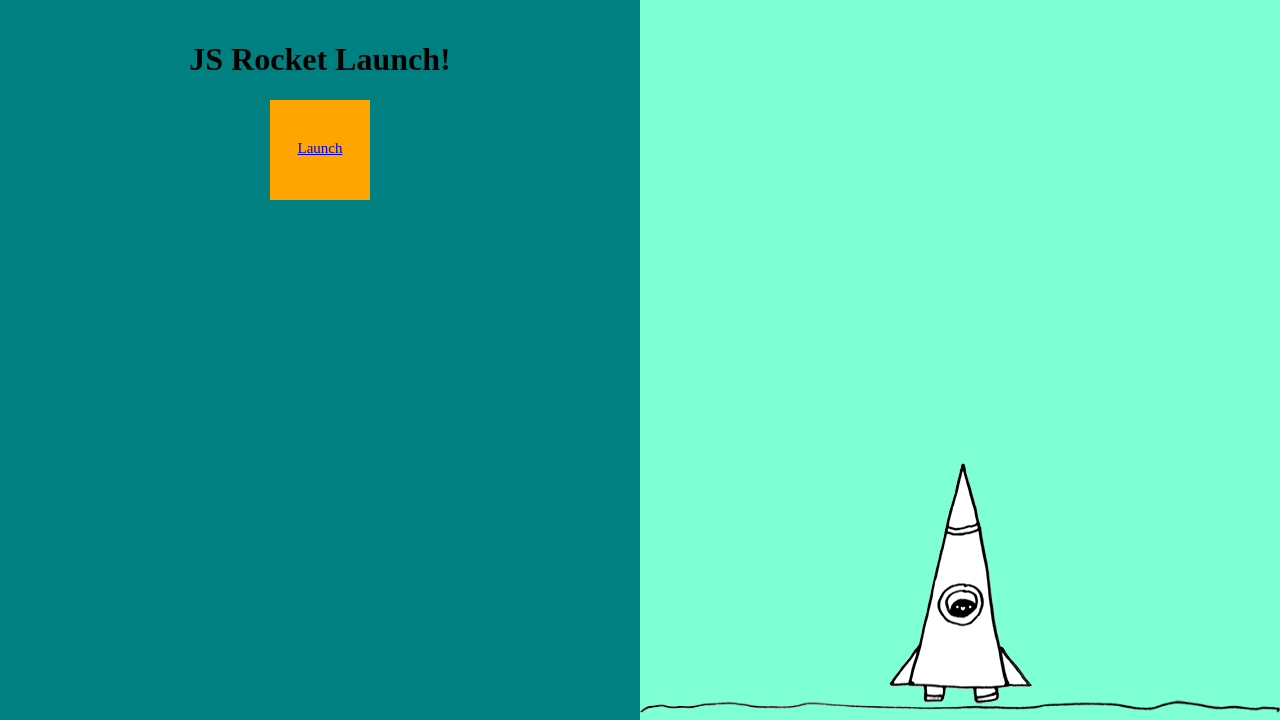
Repository: alcarrizo/Rocket-launch
Page: index.html
The author's editor kept a copy of each file at every save. The page is drawn from the files as they stood at one save, then again after the next save.
The browser window is 1280 px wide. The pictures show the whole page.

Above is the page before, as saved 2022-10-20 22:56:12.

### index.html
<!DOCTYPE html>
<html lang="en">
<head>
    <meta charset="UTF-8">
    <meta http-equiv="X-UA-Compatible" content="IE=edge">
    <meta name="viewport" content="width=device-width, initial-scale=1.0">
    <title>Rocket Launch sequence</title>
    <script type="text/javascript" src="js/script.js"> </script>
    <link rel="stylesheet" href="css/style.css">
</head>
<body class="body-state1" id="body">
    <div class="left">
        <div class="interface state1">
            <h1>JS Rocket Launch!</h1>
            <a href="#" class="button" onclick="changeState(2);">Launch</a>
        </div>
        <div class="interface  state2">
            <h1 class="countdown" id="countdown">10</h1>
            <a href="#" onclick="changeState(1);">Abort</a>
        </div>
        <div class="interface state3">
            <h1>Lift Off!</h1>
        </div>
        <div class="interface state4">
            <h1>Well done!</h1>
            <a href="#" class="button" onclick="changeState(1);">Do it again</a>
        </div>
        <div class="interface state5">
            <h1>Oh No!!!!</h1>
            <a href="#" class="button" onclick="changeState(1);">Try Again!</a>
        </div>
    </div>

    <div class="right">
        <div class="rocket" id="rocket"></div>
        <div class="ground"></div>
        <div class="nervous" id="nervous"></div>
        <div class="cant-wait" id="cant-wait"></div>
    </div>
</body>
</html>

### js/script.js
/*var countDown = function (i) {
    console.log(i)
    setTimeout(function () {
        i--
        document.getElementById("countdown").innerHTML = i;
        if (document.getElementById('body').className != 'body-state1') {
            if (i > 0) {
                countDown(i)
            }
            else {
                changeState(3)
            }
        }

    }, 1000)
}*/
var timer = null;
var CountDownNum = 10;
var changeState = function (state) {
    document.body.className = 'body-state' + state;
    clearInterval(timer);
    if (state == 1) {
        document.getElementById('nervous').className = 'nervous';
        document.getElementById('cant-wait').className = 'cant-wait';
    }
    if (state != 2 && document.getElementById('countdown').innerHTML != 10) {
        CountDownNum = 10;
        document.getElementById('countdown').innerHTML = CountDownNum;
    }
    if (state == 2) {
        timer = setInterval(() => {
            CountDownNum -= 1;
            document.getElementById('countdown').innerHTML = CountDownNum;
            if (CountDownNum > 4 && CountDownNum <= 7) {
                document.getElementById('nervous').className = 'nervous show';
            }
            else {
                document.getElementById('nervous').className = 'nervous';
            }
            if (CountDownNum > 1 && CountDownNum <= 4) {
                document.getElementById('cant-wait').className = 'cant-wait show';
            }
            else {
                document.getElementById('cant-wait').className = 'cant-wait';
            }
            if (CountDownNum <= 0) {
                changeState(3);

            };
        }, 200);
    }
    else if (state == 3) {
        var success = setTimeout(() => {
            var randomNum = Math.round(Math.random() * 10)
            //success
            console.log('random number: ' + randomNum)
            if (randomNum > 5) {
                changeState(4)
            }
            else {
                //fail
                changeState(5)
            }

        }, 2000);
    }
    // if (state == 1) {
    //     document.body.className = 'body-state1'
    // }
    // else if (state == 2) {
    //     document.body.className = 'body-state2'
    //     countDown(10)
    //     // for (let i = 10; i >= 0; i--) {
    //     //     setTimeout()
    //     //     document.getElementById("countdown").innerHTML = i;
    //     // }
    // }
    // else if (state == 3) {
    //     document.body.className = 'body-state3'
    //     document.getElementById('rocket').className = 'rocket flying';
    // }
    // else if (state == 4) {
    //     document.body.className = 'body-state4'
    // }
    // else {
    //     document.body.className = 'body-state5'
    // }
    // for (let i = 10; i >= 0; i--) {
    //     bdy.content = i;
    // }
    //document.getElementById('rocket').className = 'rocket flying';
}

### css/style.css
body {
    position: relative;
}

.left {
    position: fixed;
    box-sizing: border-box;
    width: 50%;
    height: 100%;
    top: 0;
    left: 0;
    background-color: teal;
}

.right {
    position: fixed;
    box-sizing: border-box;
    width: 50%;
    height: 100%;
    top: 0;
    right: 0;
    background-color: aquamarine;
}

.rocket {
    position: absolute;
    left: 50%;
    bottom: -15px;
    width: 143px;
    height: 272px;
    background: url("../img/rocket-state1.png") no-repeat 0 0;
    background-size: 100%;
    transition: bottom 10s;
    margin-left: -71.5px;

}

.body-state1 .rocket {
    transition: none;

}


.body-state2 .rocket {

    background-image: url("../img/rocket-state2.gif");
}

.body-state3 .rocket,
.body-state4 .rocket {
    bottom: 1000px;
    background-image: url("../img/rocket-state3.gif");
}

.body-state5 .rocket {
    width: 209px;
    height: 200px;
    background: url("../img/boom.png") no-repeat 0 0;
    background-size: 100%;
}

.ground {
    position: absolute;
    bottom: 0;
    left: 0;
    background: url("../img/ground.png") no-repeat center 0;
    background-size: 100%;
    width: 100%;
    height: 20px;

}

.nervous {
    position: absolute;
    bottom: 220px;
    left: 50%;
    margin-left: -180px;
    background: url('../img/nervous.png') no-repeat 0 0;
    background-size: 100%;
    width: 223px;
    height: 100px;
}

.cant-wait {
    position: absolute;
    bottom: 220px;
    left: 50%;
    background: url('../img/cant-wait.png') no-repeat 0 0;
    background-size: 100%;
    width: 206px;
    height: 65px;
    transition: display 1s;
}

a {}

a.button {
    display: inline-block;
    box-sizing: border-box;
    text-align: center;
    padding-top: 40px;
    height: 100px;
    width: 100px;
    font-size: 15px;
    background-color: orange;
    margin: 0 auto;

}

.state1,
.state2,
.state3,
.state4,
.state5,
.cant-wait,
.nervous {
    display: none;
}

.cant-wait.show,
.nervous.show {
    display: block;
}

.interface {
    text-align: center;
    padding: 20px;
}

body.body-state1 .state1 {
    display: block;
}

body.body-state2 .state2 {
    display: block;
}

body.body-state3 .state3 {
    display: block;
}

body.body-state4 .state4 {
    display: block;
}

body.body-state5 .state5 {
    display: block;
}

After the next save:
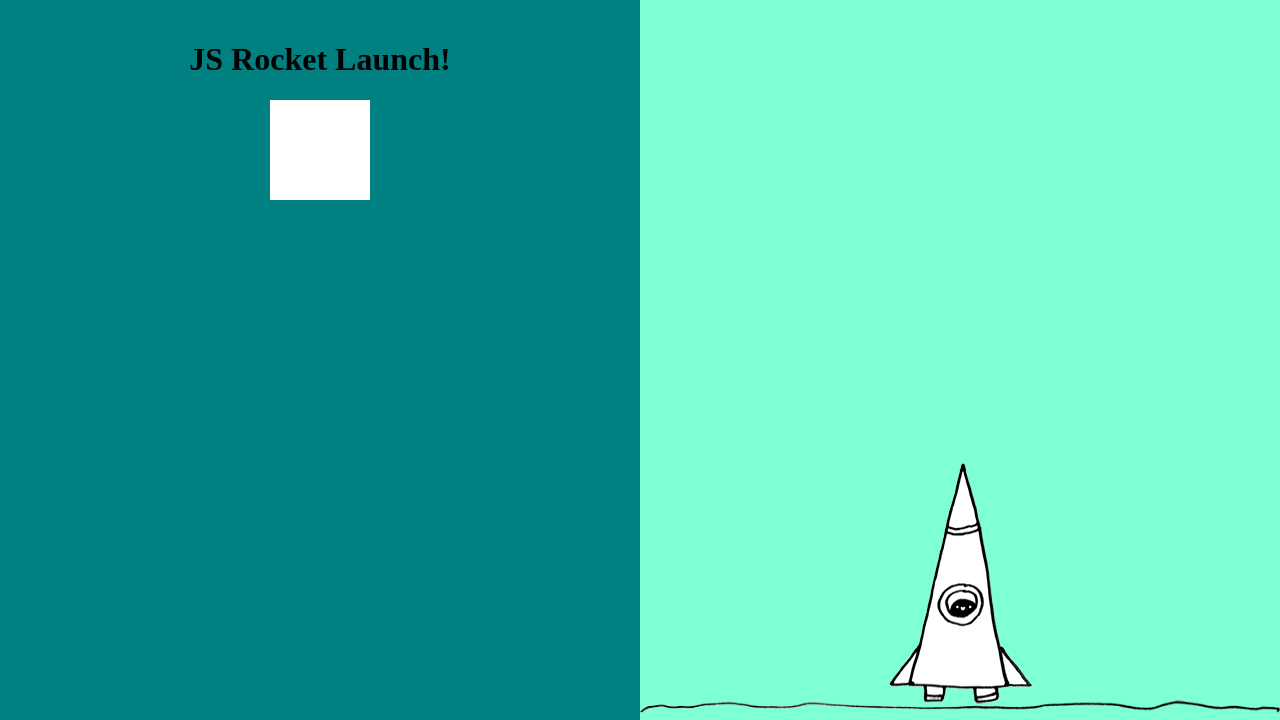
Saved 33 s later.
--- a/css/style.css
+++ b/css/style.css
@@ -96,13 +96,16 @@ a {}
 
 a.button {
     display: inline-block;
+    background-color: white;
+    color: white;
+    padding: 40px;
     box-sizing: border-box;
     text-align: center;
     padding-top: 40px;
     height: 100px;
     width: 100px;
     font-size: 15px;
-    background-color: orange;
+
     margin: 0 auto;
 
 }
